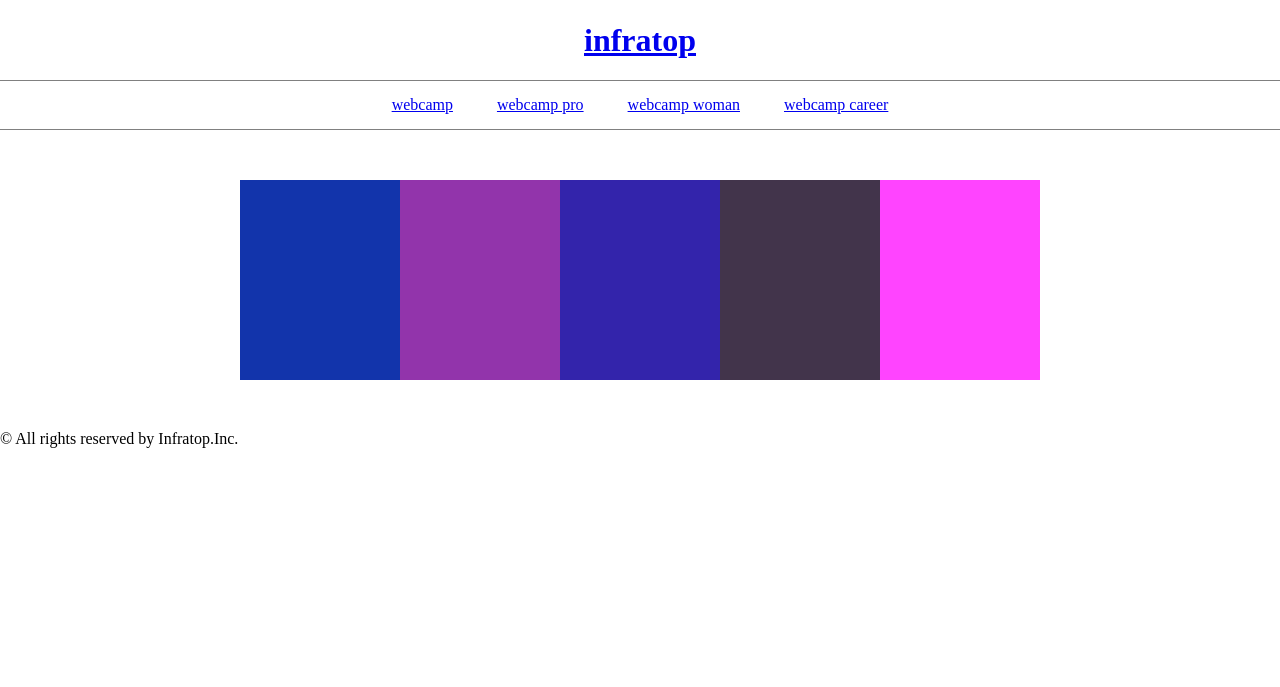
Repository: t-sato-infratop/environment
Page: chapter5_exercise/chapter5_exercise.html
The author's editor kept a record of every edit. The page is drawn from the files as they stood at one moment, then again after the next edit.
The browser window is 1280 px wide. The pictures show the whole page.

Above is the page before.

### chapter5_exercise/chapter5_exercise.html
<!DOCTYPE html>
<html lang="ja">
  <head>
    <meta charset="UTF-8" />
    <link rel="stylesheet" href="chapter5_exercise.css" />
    <title>CARAVAN</title>
  </head>

<body>
  <header>
    <h1 class="header">
      <a href="chapter5_exercise.html">
        infratop
      </a>
    </h1>
  </header>

  <nav>
    <ul class="nav-list">
      <li class="nav-list-item">
        <a href="chapter5_exercise">webcamp</a>
      </li>
      <li class="nav-list-item">
        <a href="chapter5_exercise">webcamp pro</a>
      </li>
      <li class="nav-list-item">
        <a href="chapter5_exercise">webcamp woman</a>
      </li>
      <li class="nav-list-item">
        <a href="chapter5_exercise">webcamp career</a>
      </li>
    </ul>
  </nav>

  <div class="main">
    <div class="box1"></div>
    <div class="box2"></div>
    <div class="box3"></div>
    <div class="box4"></div>
    <div class="box5"></div>
    <div class="box6"></div>
    <div class="box7"></div>
    <div class="box8"></div>
    <div class="box9"></div>
    <div class="box10"></div>
    <div class="box11"></div>
    <div class="box12"></div>
  </div>

  <footer>
    <p class="footer-text">© All rights reserved by Infratop.Inc.</p>
  </footer>

</body>

### chapter5_exercise/chapter5_exercise.css
* {
  margin: 0;
  padding: 0;
  box-sizing: border-box;
}


header {
  padding: 20px 0;
  line-height: 40px;
  text-align: center;
}

.nav-list {
  text-align: center;
  padding: 15px 0;
  margin: 0 auto;
  border-top: solid 1px gray;
  border-bottom: solid 1px gray;
}

.nav-list-item {
  list-style: none;
  display: inline-block;
  margin: 0 20px;
}

.main {
  margin: 50px auto;
  width: 800px;
  display: flex;
  flex-warp: warp;
}

.box1 {
  width: 200px;
  height: 200px;
  background-color: #1234ab
}

.box2 {
  width: 200px;
  height: 200px;
  background-color: #9234ab
}

.box3 {
  width: 200px;
  height: 200px;
  background-color: #3324ab
}

.box4 {
  width: 200px;
  height: 200px;
  background-color: #42344b
}

.box5 {
  width: 200px;
  height: 200px;
  background-color: #ff44ff
}

After the next edit:
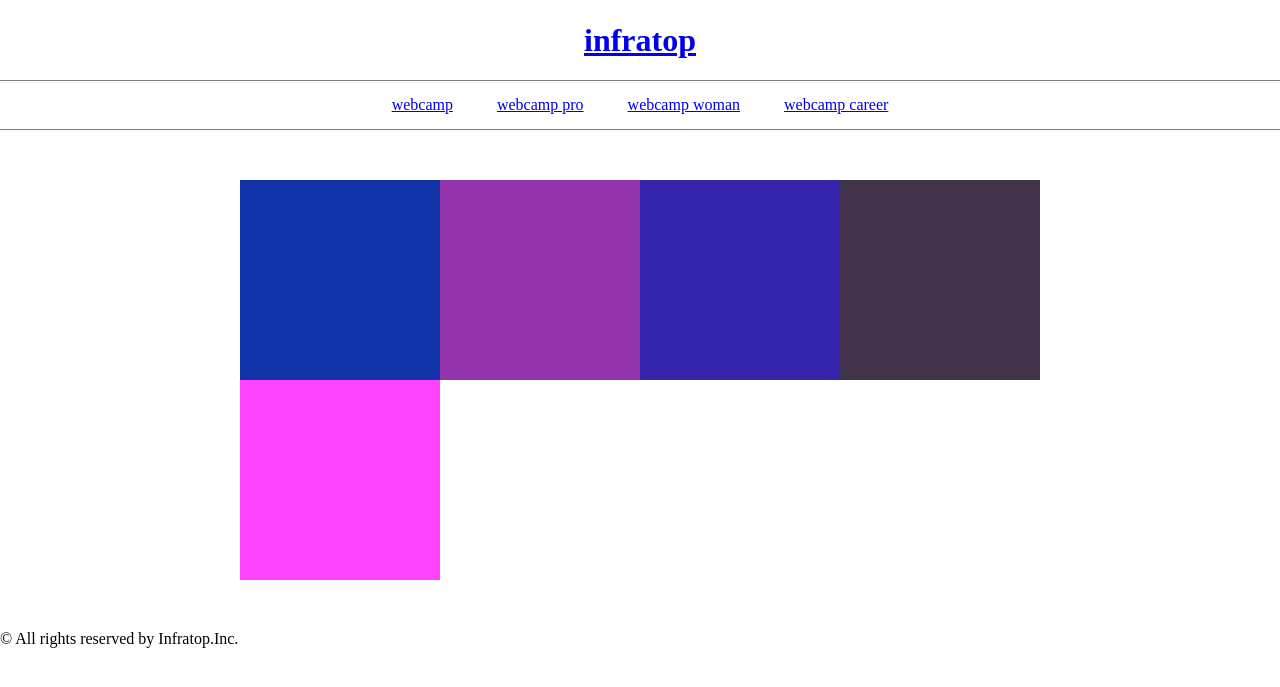
The edit:
--- a/chapter5_exercise/chapter5_exercise.css
+++ b/chapter5_exercise/chapter5_exercise.css
@@ -29,7 +29,7 @@
   margin: 50px auto;
   width: 800px;
   display: flex;
-  flex-warp: warp;
+  flex-wrap: wrap;
 }
 
 .box1 {
